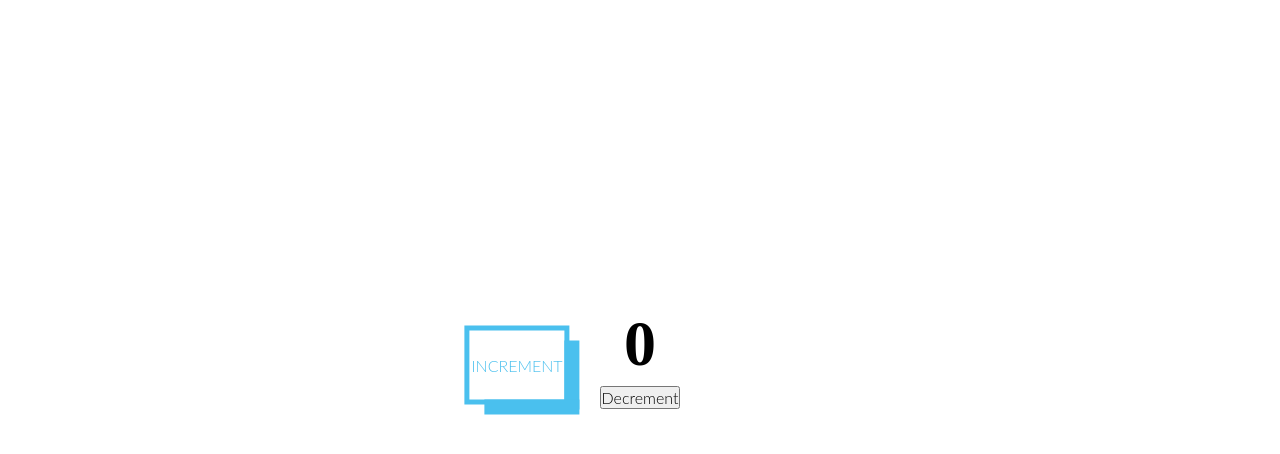
Repository: Ellisvelandia/react_introduction_test
Page: /
An editor plug-in stored every save of this project. The page is shown before and after a run of saves, followed by the edit.
The browser window is 1280 px wide. The pictures show the whole page.
The project was rebuilt for these pictures with package versions that can differ from the ones it lists, and the page was loaded fresh each time. Also part of the build but not shown: src/index.css.

Above is the page before, as saved 2022-08-15 20:10:59.

After the next 2 saves:
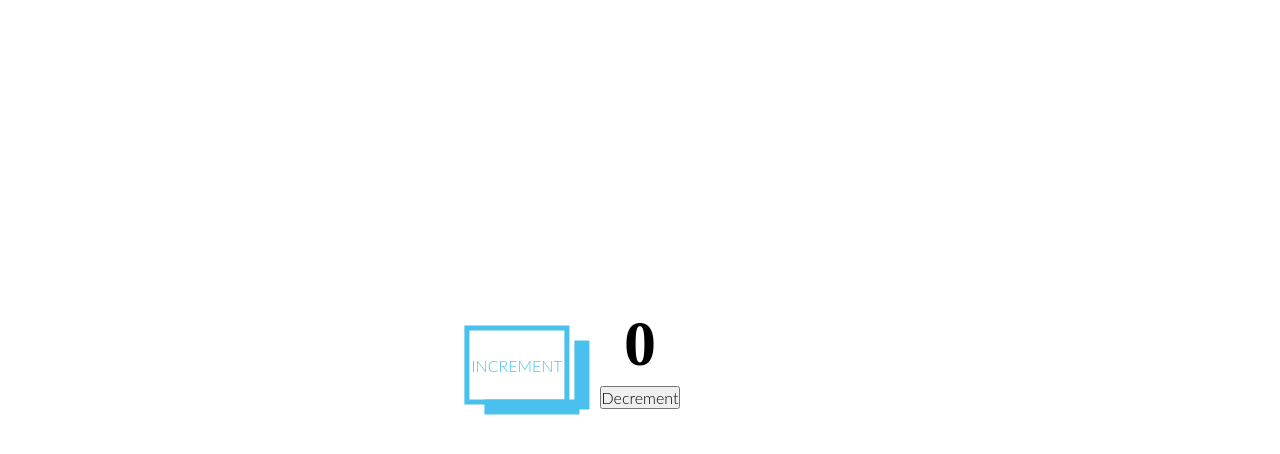
The 2 saves are shown as one change because they came seconds apart.
The last was saved 8 s later.
--- a/src/App.scss
+++ b/src/App.scss
@@ -64,7 +64,7 @@ button {
   &:before {
     background: #4ac0ee;
     top: 10px;
-    left: 95px;
+    left: 105px;
     height: 100%;
     width: 15px;
   }
